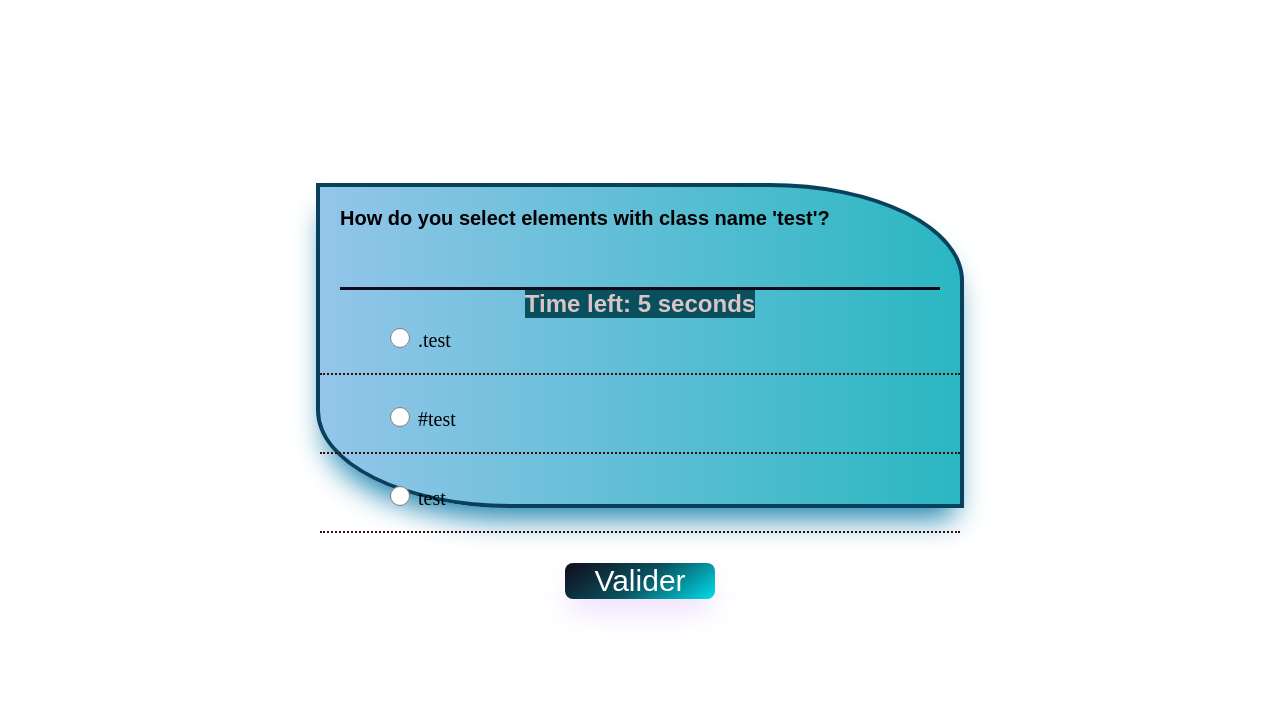
Repository: Belhoucine123/page1
Page: css/test33.html
An editor plug-in stored every save of this project. The page is shown before and after the next save, followed by the edit.
The browser window is 1280 px wide. The pictures show the whole page.

Above is the page before, as saved 2023-07-04 23:29:19.

### css/test33.html
<!DOCTYPE html>
<html lang="en">
<head>
    <meta charset="UTF-8">
    <meta http-equiv="X-UA-Compatible" content="IE=edge">
    <meta name="viewport" content="width=device-width, initial-scale=1.0">
    <link rel="stylesheet" href="test33.css">
    <title>TP Ajax</title>
    <style>
    </style>
</head>
<body>
 <div class="ikramo">
   <div id="question-container">
    <h1 style="text-align: center;" id="result"></h1>

  <button id="restart-btn">Recommencer</button>

    <h2 id="question"></h2>
    <div class="nino"><h2 style="text-align: center;" id="timer"></h2></div>
    <ol id="options"></ol>
    <button id="submit-btn">Valider</button>
    </div>
  </div>
</div>





</body>
</html>
<script src="test33.js">
</script>

### css/test33.css
*{
  padding: 0%;
  margin: 0%;
}
body {
    height: 100vh;
    width: 100vw;

  }

    h1, h2 {
      font-family: Arial, sans-serif;
      height: 80px;
      border-bottom: #140a1b solid 3px ;
    }

    #question-container {
      display: block;
      border: 4px solid rgb(9, 65, 93);
      box-shadow: rgb(24, 129, 174) 0px 20px 30px -10px;
      width: 50%;
      height: 55%;
      background-image: linear-gradient(to right, #5ca8dfa9, #2ab7c1);
      border-radius: 0 30% 0 30%;
      margin-top: 115px;

    }
    #result-container {
      display: none;
    }

    ul {
      list-style-type: none;
      padding: 0;
    }

    li {
      margin-bottom: 10px;
    }

    button:hover {
      cursor: pointer;
      background-color: #ddd;
    }
    #question {
      font-size: 20px;

      margin: 20px;
    }
    #options {
      list-style: none;
      margin: 0;
      padding: 0;
      margin-top: -40px;
    }

    #options li {
      display: flex; /* Use flexbox to align items horizontally */
      align-items: center; /* Center align items vertically */
      margin-bottom: 0.75rem; /* Add margin at the bottom of each list item */
      padding: 20px;

    }

    #options input {

      width: 1.25rem;
      height: 1.25rem;
      padding: 0 10px;
      border-radius: 1px;
      vertical-align: middle; /* Adjust vertical alignment of the checkbox */
      margin-right: 0.5rem;
      margin-left: 50px;/* Add margin between checkbox and options */
      margin-bottom: 5px;
    }

    #options input:checked {
      background-color: hsla(198, 75%, 46%, 0.935); /* Set background color when checkbox is checked */
      border-color: hsl(192, 83%, 27%); /* Set border color when checkbox is checked */
    }
    #options input:focus,
    #options input:hover {
      box-shadow: 0 0 0 3px hsl(169, 83%, 55%); /* Add box shadow when checkbox is focused or hovered */
      border-color: hsl(169, 83%, 55%); /* Set border color when checkbox is focused or hovered */
    }

    #options li {
      font-size: 20px;
      border-bottom: 2px dotted hsl(0, 69%, 14%); /* Add bottom border to the label */

      cursor: pointer; /* Change cursor to pointer on hover */
    }
  /* CSS */


  #submit-btn {
    align-items: center; /* Center align items vertically */
    background-image: linear-gradient(144deg, #140a1b, #09505e 50%, #00DDEB); /* Use linear gradient for the background */
    border: 0;
    border-radius: 8px; /* Add border radius */
    box-shadow: rgba(151, 65, 252, 0.2) 0 15px 30px -5px; /* Add box shadow */
    box-sizing: border-box;
    color: #FFFFFF; /* Set text color */
    display: flex; /* Use flexbox for alignment */
    font-family: Phantomsans, sans-serif;
    font-size: 20px; /* Set font size */
    justify-content: center; /* Center align content horizontally */
    line-height: 1em;
    max-width: 100%;
    min-width: 140px; /* Set minimum width */
    padding: 3px;
    text-decoration: none;
    user-select: none; /* Disable text selection */
    -webkit-user-select: none; /* Disable text selection in WebKit browsers */
    touch-action: manipulation; /* Enable touch manipulation */
    white-space: nowrap; /* Prevent wrapping of text */
    cursor: pointer; /* Set cursor style to pointer */
    margin: auto;
    margin-top: 30px;
    width: 150px;
    font-size: 30px;
  }

  #submit-btn:active,
  #submit-btn:hover {
    outline: 0; /* Remove outline on hover and active state */
  }

  #submit-btn span {
    background-color: rgb(5, 6, 45); /* Set background color for the span */
    padding: 16px 24px; /* Add padding to the span */
    border-radius: 6px; /* Add border radius to the span */
    width: 100%; /* Set the width of the span to 100% */
    height: 100%; /* Set the height of the span to 100% */
    transition: 300ms; /* Add transition effect */
  }

  #submit-btn:hover span {
    background: none; /* Remove background color on hover */
  }
  #timer {
    margin: 0%;
    border: 0px;
    padding: 0%;
    color: rgb(218, 196, 200);
    background-color: #09505e;
    width: fit-content;
    height: fit-content;
    margin-bottom: 30px;
    margin-top: -20px;


  }
  #result {
    display: none;
  }
.testo {
  display: none;
}
.ikram {
  width: 100vw;
  height: 100vh;
  display: block;
}
#result {
  color: rgb(0, 0, 0);
  align-items: center;
  margin-top: 30px;
  font-size: 30px;
}
#testo {
background-color: #09505e;

}
.nino {
  width: 100%;
  display: flex;
  justify-content: center;
}
#restart-btn {
  align-items: center; /* Center align items vertically */
  background-image: linear-gradient(144deg, #140a1b, #09505e 50%, #00DDEB); /* Use linear gradient for the background */
  border: 0;
  border-radius: 8px; /* Add border radius */
  box-shadow: rgba(151, 65, 252, 0.2) 0 15px 30px -5px; /* Add box shadow */
  box-sizing: border-box;
  color: #FFFFFF; /* Set text color */
  display: flex; /* Use flexbox for alignment */
  font-family: Phantomsans, sans-serif;
  margin-top: 200px;
  font-size: 20px; /* Set font size */
  justify-content: center; /* Center align content horizontally */
  line-height: 1em;
  max-width: 100%;
  min-width: 140px; /* Set minimum width */
  padding: 3px;
  text-decoration: none;
  user-select: none; /* Disable text selection */
  -webkit-user-select: none; /* Disable text selection in WebKit browsers */
  touch-action: manipulation; /* Enable touch manipulation */
  white-space: nowrap; /* Prevent wrapping of text */
  cursor: pointer; /* Set cursor style to pointer */
  margin: auto;
  margin-top: 30px;
  width: fit-content;
  font-size: 30px;
  display: none;
  margin-top: 100px;
}
.ikramo {
  height: 80%;
  width: 100%;
  display: flex;
  align-items: center;
  justify-content: center;
}

### css/test33.js
var questions = [];
var currentQuestion = 0;
var score = 0;
var timeLeft = 10;
var countdown;
var typequiz = "css";
var questionElement = document.getElementById("question");
var optionsElement = document.getElementById("options");
var resultElement = document.getElementById("result");
var timerElement = document.getElementById("timer");

var submitButton = document.getElementById("submit-btn");
var restartButton = document.getElementById("restart-btn");

function loadQuiz() {

  // Hide the restart button at the start of the quiz
  restartButton.style.display = "none";

  fetch('test33.json')
    .then(function(response) {
      return response.json();
    })
    .then(function(data) {
      questions = getRandomQuestions(data.questions, 10);
      displayQuestion();
    })
    .catch(function(error) {
      console.log('Error loading questions:', error);
    });
}


function getRandomQuestions(questions, count) {
  var shuffledQuestions = questions.slice();
  shuffledQuestions.sort(function() {
    return 0.5 - Math.random();
  });

  var selectedQuestions = shuffledQuestions.slice(0, count);
  var uniqueQuestions = Array.from(new Set(selectedQuestions.map(JSON.stringify))).map(JSON.parse);

  return uniqueQuestions;
}

function displayQuestion() {
  var question = questions[currentQuestion];
  questionElement.textContent = question.question;

  optionsElement.innerHTML = "";
  for (var i = 0; i < question.options.length; i++) {
    var li = document.createElement("li");
    var radio = document.createElement("input");
    radio.type = "radio";
    radio.name = "options";
    radio.value = i;
    li.appendChild(radio);
    li.appendChild(document.createTextNode(question.options[i]));
    optionsElement.appendChild(li);
  }

  // Reset and start the timer
  timeLeft = 10;
  timerElement.textContent = "Time left: " + timeLeft + " seconds";
  clearInterval(countdown);
  countdown = setInterval(function() {
    timeLeft--;
    timerElement.textContent = "Time left: " + timeLeft + " seconds";
    if (timeLeft <= 0) {
      clearInterval(countdown);
      submitAnswer();
    }
  }, 1000);
}

function submitAnswer() {
    var selectedOption = document.querySelector('input[name="options"]:checked');
    var selectedAnswer = selectedOption ? parseInt(selectedOption.value) : -1;
    var question = questions[currentQuestion];

    if (selectedAnswer === question.answer) {
      score++;
      console.log('valid response');
    } else {
      console.log('invalid response');
    }

    currentQuestion++;

    if (currentQuestion === questions.length) {
      console.log('finish question')
      displayResult();
    } else {
      displayQuestion();
    }
}

function displayResult() {
  clearInterval(countdown);
  timerElement.style.display = "none";
  questionElement.style.display = "none";
  optionsElement.style.display = "none";
  submitButton.style.display = "none";
  resultElement.textContent = "Your final score is: " + score + "/" + questions.length;
  resultElement.style.display = "block";
  restartButton.style.display = "block";
  const formData =
    "score=" +
    encodeURIComponent(score) +
    "&length=" +
    encodeURIComponent(questions.length) +
    "&type=" +
    encodeURIComponent(typequiz);
  const xhr = new XMLHttpRequest();
  xhr.open("POST", "../api/score.php");
  xhr.setRequestHeader("Content-Type", "application/x-www-form-urlencoded");
  xhr.send(formData);
}

function restartQuiz() {
  clearInterval(countdown);
  timerElement.style.display = "block";
  currentQuestion = 0;
  score = 0;
  questionElement.style.display = "block";
  optionsElement.style.display = "block";
  submitButton.style.display = "block";
  resultElement.style.display = "none";

  // Hide the restart button when the quiz is restarted
  restartButton.style.display = "none";
  displayQuestion();
}

submitButton.addEventListener("click", submitAnswer);
restartButton.addEventListener("click", restartQuiz);

loadQuiz();

### css/test33.json
{
  "questions":[
  {
    "question": "What does CSS stand for?",
    "options": [
      "Computer Style Sheets",
      "Cascading Style Sheets",
      "Creative Style Sheets"
    ],
    "answer": 1
  },
  {
    "question": "Which HTML attribute is used to define inline styles?",
    "options": [
      "style",
      "font",
      "styles"
    ],
    "answer": 0
  },
  {
    "question": "Which CSS property controls the text size?",
    "options": [
      "text-size",
      "font-size",
      "text-style"
    ],
    "answer": 1
  },
  {
    "question": "How do you make each word in a text start with a capital letter?",
    "options": [
      "text-transform:capitalize",
      "You can't do that with CSS",
      "text-transform:uppercase"
    ],
    "answer": 0
  },
  {
    "question": "Which property is used to change the background color?",
    "options": [
      "color",
      "bg-color",
      "background-color"
    ],
    "answer": 2
  },
  {
    "question": "How do you add a background color for all <p> elements?",
    "options": [
      "p.all {background-color: #ffffff}",
      "all.p {background-color: #ffffff}",
      "p {background-color: #ffffff}"
    ],
    "answer": 2
  },
  {
    "question": "Which CSS property is used to change the text color of an element?",
    "options": [
      "color",
      "text-color",
      "fgcolor"
    ],
    "answer": 0
  },
  {
    "question": "Which property is used to change the left margin of an element?",
    "options": [
      "indent",
      "margin-left",
      "padding-left"
    ],
    "answer": 1
  },
  {
    "question": "How do you select an element with id 'demo'?",
    "options": [
      ".demo",
      "#demo",
      "*demo"
    ],
    "answer": 1
  },
  {
    "question": "What is the default value of the position property?",
    "options": [
      "relative",
      "fixed",
      "static"
    ],
    "answer": 2
  },
  {
    "question": "Which property is used to change the font of an element?",
    "options": [
      "text-style",
      "text-font",
      "font-family"
    ],
    "answer": 2
  },
  {
    "question": "How do you display hyperlinks without an underline?",
    "options": [
      "a {text-decoration:none;}",
      "a {decoration:no-underline;}",
      "a {underline:none;}"
    ],
    "answer": 0
  },
  {
    "question": "Which property is used to set the spacing in between lines of text?",
    "options": [
      "spacing",
      "line-spacing",
      "line-height"
    ],
    "answer": 2
  },
  {
    "question": "How do you select elements with class name 'test'?",
    "options": [
      ".test",
      "#test",
      "test"
    ],
    "answer": 0
  },
  {
    "question": "Which pseudo-class is used to select elements when you mouse over them?",
    "options": [
      ":active",
      ":hover",
      ":visited"
    ],
    "answer": 1
  },
  {
    "question": "What does the CSS rule 'clear: both' do?",
    "options": [
      "It hides both elements",
      "It moves the element clear of both margins",
      "It prevents floating elements on both sides"
    ],
    "answer": 2
  },
  {
    "question": "How do you make a list that lists its items with squares?",
    "options": [
      "list-style-type: square;",
      "list: square;",
      "list-type: square;"
    ],
    "answer": 0
  },
  {
    "question": "Which property specifies the bottom margin?",
    "options": [
      "margin-bottom",
      "bottom-margin",
      "lower-margin"
    ],
    "answer": 0
  },
  {
    "question": "Which property changes the color of links?",
    "options": [
      "link-color",
      "color",
      "a-color"
    ],
    "answer": 1
  },
  {
    "question": "What is the correct way to write a CSS comment?",
    "options": [
      "<!-- this is a comment -->",
      "/* this is a comment */",
      "// this is a comment //"
    ],
    "answer": 1
  }
]
}

After the next save:
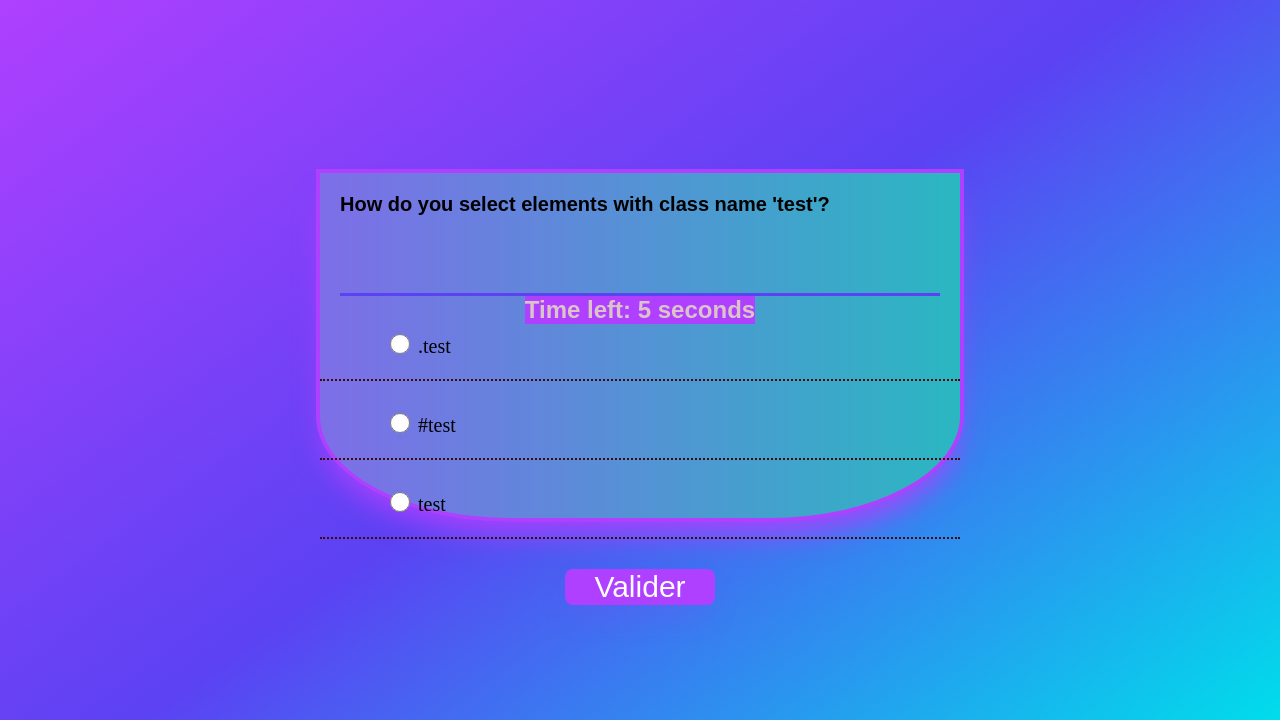
Saved 47 s later.
--- a/css/test33.css
+++ b/css/test33.css
@@ -5,23 +5,24 @@
 body {
     height: 100vh;
     width: 100vw;
-
-  }
-
+    background-color: #AF40FF;
+    background-image: linear-gradient(144deg,#AF40FF, #5B42F3 50%,#00DDEB);
+
+  }
     h1, h2 {
       font-family: Arial, sans-serif;
-      height: 80px;
-      border-bottom: #140a1b solid 3px ;
+      height: 100px;
+      border-bottom: #5B42F3 solid 3px ;
     }
 
     #question-container {
       display: block;
-      border: 4px solid rgb(9, 65, 93);
-      box-shadow: rgb(24, 129, 174) 0px 20px 30px -10px;
+      border: 4px solid #AF40FF;
+      box-shadow: #AF40FF 0px 20px 30px -10px;
       width: 50%;
-      height: 55%;
-      background-image: linear-gradient(to right, #5ca8dfa9, #2ab7c1);
-      border-radius: 0 30% 0 30%;
+      height: 60%;
+      background-image: linear-gradient(to right, #7e6ee8, #2ab7c1);
+      border-radius: 0 0 30% 30%;
       margin-top: 115px;
 
     }
@@ -75,13 +76,13 @@
     }
 
     #options input:checked {
-      background-color: hsla(198, 75%, 46%, 0.935); /* Set background color when checkbox is checked */
-      border-color: hsl(192, 83%, 27%); /* Set border color when checkbox is checked */
+      background-color: hsla(0, 0%, 0%, 0.935); /* Set background color when checkbox is checked */
+      border-color: hsl(0, 0%, 0%); /* Set border color when checkbox is checked */
     }
     #options input:focus,
     #options input:hover {
-      box-shadow: 0 0 0 3px hsl(169, 83%, 55%); /* Add box shadow when checkbox is focused or hovered */
-      border-color: hsl(169, 83%, 55%); /* Set border color when checkbox is focused or hovered */
+      box-shadow: 0 0 0 3px hsl(0, 0%, 0%); /* Add box shadow when checkbox is focused or hovered */
+      border-color: hsl(0, 0%, 0%); /* Set border color when checkbox is focused or hovered */
     }
 
     #options li {
@@ -89,13 +90,15 @@
       border-bottom: 2px dotted hsl(0, 69%, 14%); /* Add bottom border to the label */
 
       cursor: pointer; /* Change cursor to pointer on hover */
+
+
     }
   /* CSS */
 
 
   #submit-btn {
     align-items: center; /* Center align items vertically */
-    background-image: linear-gradient(144deg, #140a1b, #09505e 50%, #00DDEB); /* Use linear gradient for the background */
+    background-color: #AF40FF;
     border: 0;
     border-radius: 8px; /* Add border radius */
     box-shadow: rgba(151, 65, 252, 0.2) 0 15px 30px -5px; /* Add box shadow */
@@ -143,7 +146,7 @@
     border: 0px;
     padding: 0%;
     color: rgb(218, 196, 200);
-    background-color: #09505e;
+    background-color: #AF40FF;
     width: fit-content;
     height: fit-content;
     margin-bottom: 30px;
